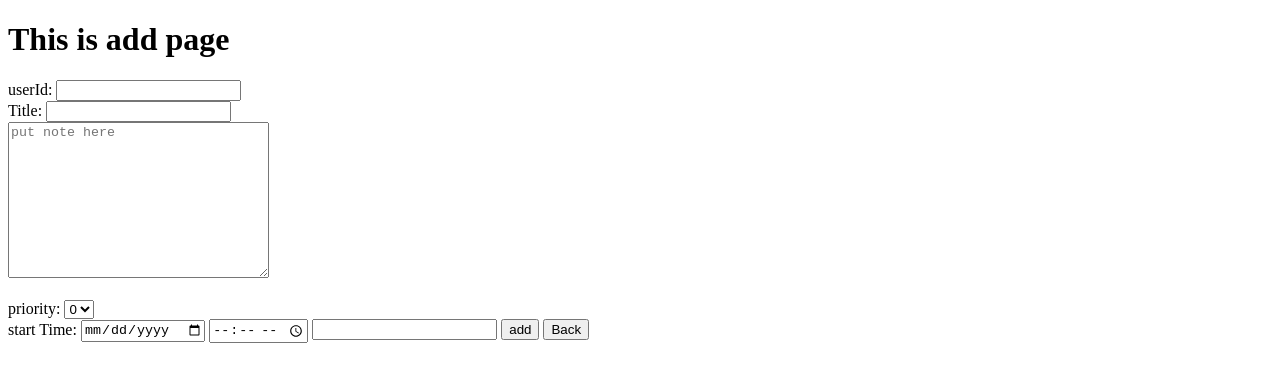
Repository: iamBoWu/CMPT370
Page: http://localhost/addevent
An editor plug-in stored every save of this project. The page is shown before and after the next save, followed by the edit.
The browser window is 1280 px wide. The pictures show the whole page.
The page is this project's Thymeleaf template; nobody is signed in. The template is opened directly, without the code that normally fills it, so the values that code supplies are empty.

Above is the page before, as saved 2020-03-05 16:57:13.

### 370ProjectBackend/370project/src/main/resources/templates/addevent.html
<!DOCTYPE html>
<html lang="en" xmlns:th="http://www.thymeleaf.org">
<head>
<meta charset="UTF-8">
<title>addevent</title>
    <script type="text/javascript" th:src="@{/js/jquery.min.js}" ></script>

	  <script th:inline="javascript">
	    var eventid = [[${session.EventId}]];

	    function submitAdd(){
	    	var req = {};
	    	req.userId = $('#userId').val().trim();
	    	req.eventTitle = $('#eventTitle').val().trim();
	    	req.note = $('#note').val().trim();
	    	req.priority = $('#priority').val().trim();

	    	$.ajax({
	    		  type: "POST",
	    		  url: "/event/addevent",
	    		  data: JSON.stringify(req),
	    		  success: function(){
	    			  back();
	    		  },
	    		  contentType : "application/json"
	    		});
	    }


	    function back(){
	    	location.href = "/calender/";
	    }

	    </script>

</head>
<body>
				<h1>This is add page</h1>


	            	<p1>userId: </p1>
               		<input id="userId" name="userId"  type="text"  th:value="${session.UserId}"  readonly="readonly"><br>
               		<p1 >Title: </p1>
               		<input id="eventTitle"  name="eventTitle"  type="text"  required><br>
					  <textarea id="note" name="note" placeholder="put note here" rows="10" cols="30" required></textarea>
					  <br><br>
               		<p1>priority: </p1>
					  <select id="priority" name="priority">
					    <option value="0">0</option>
					    <option value="1">1</option>
					    <option value="2">2</option>
					    <option value="3">3</option>
					  </select><br>
					<label for="startTime">start Time:</label>
					<input type="date" id="startTime" name="startTime" required>
					<input type="time" id="Time" name="Time" required>
					<input type=”datetime”/>

               <button  onclick="submitAdd()">add</button>

               <button onclick="back()" class="button"> Back</button>

</body>
</html>

Loaded but not shown: 370ProjectBackend/370project/src/main/resources/static/js/jquery.min.js (library)

After the next save:
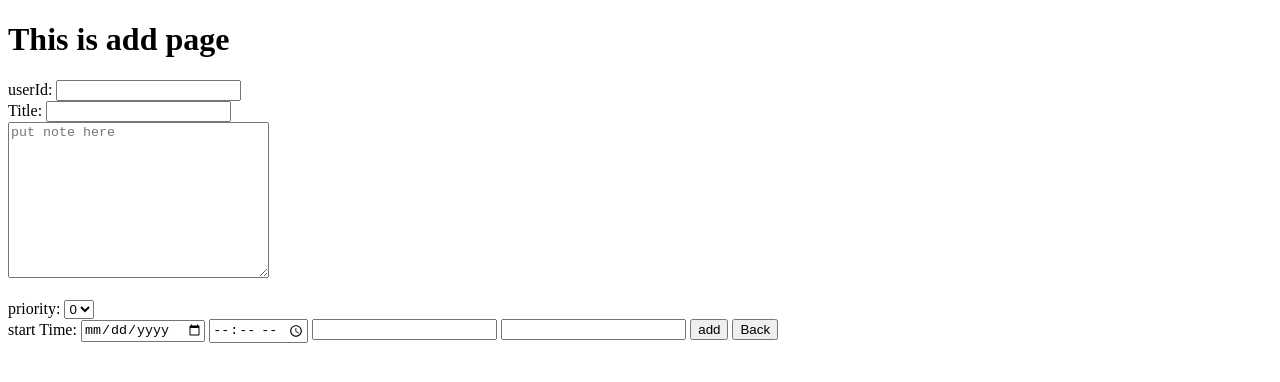
Saved 26 s later.
--- a/370ProjectBackend/370project/src/main/resources/templates/addevent.html
+++ b/370ProjectBackend/370project/src/main/resources/templates/addevent.html
@@ -54,8 +54,8 @@
 					<label for="startTime">start Time:</label>
 					<input type="date" id="startTime" name="startTime" required>
 					<input type="time" id="Time" name="Time" required>
-					<input type=”datetime”/>
-
+					<input type="dateTime" id="dateTime" name="dateTime" />
+					 <input type=”datetime-local”/>
                <button  onclick="submitAdd()">add</button>
 
                <button onclick="back()" class="button"> Back</button>
